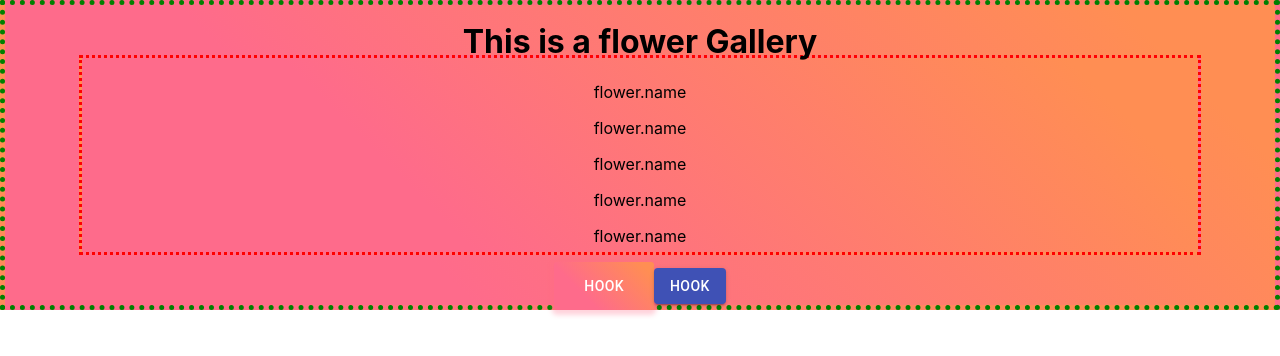
Repository: DevLuDaley/react-flower-shop
Page: /
The author's editor kept a copy of each file at every save. The page is drawn from the files as they stood at one save, then again after the next save.
The browser window is 1280 px wide. The pictures show the whole page.
The project was rebuilt for these pictures with package versions that can differ from the ones it lists, and the page was loaded fresh each time.

Above is the page before, as saved 2021-02-19 21:25:38.

After the next save:
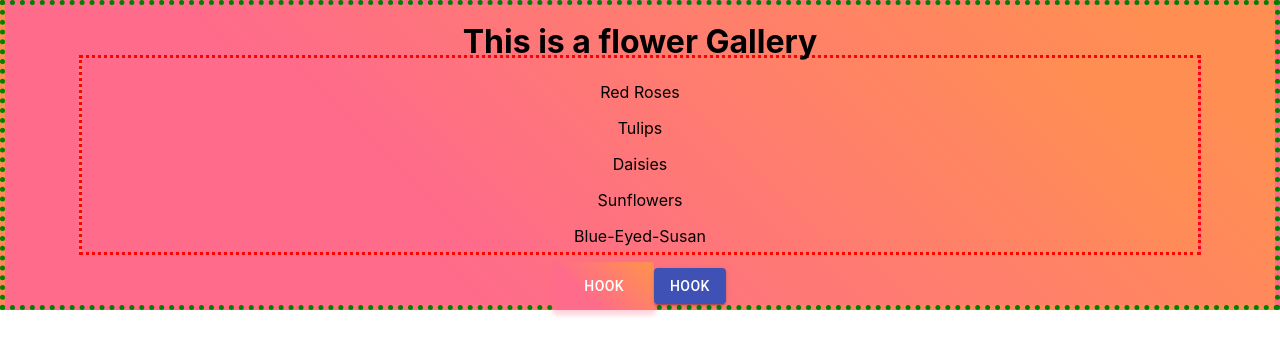
Saved 8 s later.
--- a/src/components/FlowerGallery.js
+++ b/src/components/FlowerGallery.js
@@ -37,7 +37,7 @@ const flowerList = [
         <section className="flower-cards">
         {flowerList ? flowerList.map(flower =>
           <div>
-            <p>flower.name</p>
+            <p>{flower.name}</p>
             {/* <img src={flower.imageUrl} alt='photo of red roses'> </img> */}
           </div>
         )
